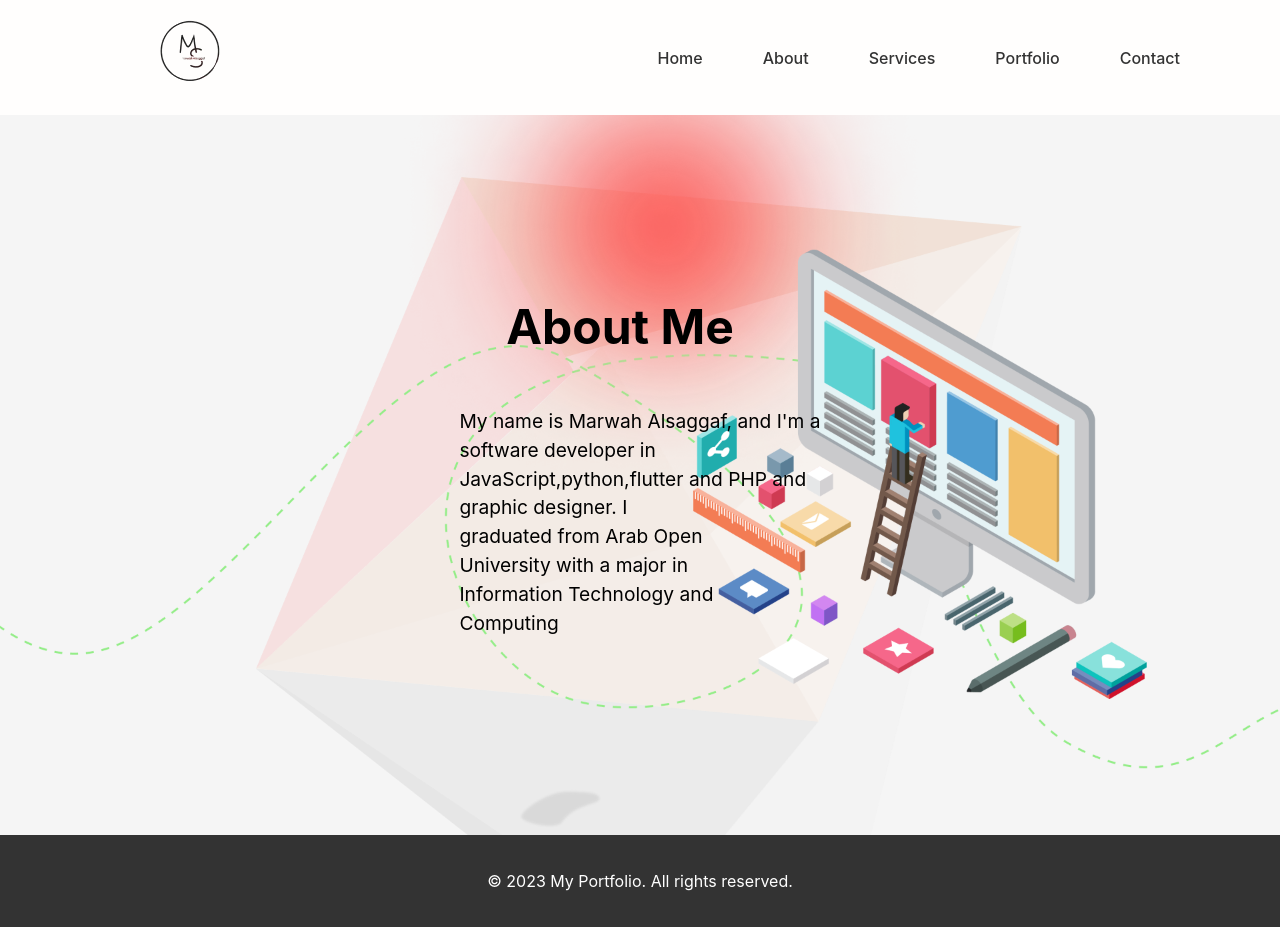
Repository: MEROO1010/Portfolio_00
Page: /about (app in portfolio_00/)
These files come from the project's save history. The page is drawn as it stood at one moment and after the next save; the edit follows.
The browser window is 1280 px wide. The pictures show the whole page.
The project was rebuilt for these pictures with package versions that can differ from the ones it lists, and the page was loaded fresh each time. Also part of the build but not shown: portfolio_00/src/components/Home.jsx, portfolio_00/src/components/Services.jsx, portfolio_00/src/components/Portfolio.jsx, portfolio_00/src/components/Contact.jsx.

Above is the page before, as saved 2024-11-18 13:02:29.

### portfolio_00/src/App.jsx
import React from 'react';
import { BrowserRouter, Route, Routes } from 'react-router-dom';
import Header from './components/Header';
import Home from './components/Home';
import About from './components/About';
import Services from './components/Services';
import Portfolio from './components/Portfolio';
import Contact from './components/Contact';
import Footer from './components/Footer';
// import GlobalStyle from './styles/global';

const App = () => {
  return (
    <BrowserRouter>
    <Header />
    <Routes>
      <Route path="/"  element={<Home />} />
      <Route path="/about"  element={<About />} />
      <Route path="/services" element={<Services  />} />

      <Route path="/portfolio" element={<Portfolio />} />
      <Route path="/contact" element={<Contact />} />
    </Routes>

    <Footer />
  </BrowserRouter>
  );
};

export default App;

### portfolio_00/src/features/counter/counterSlice.js
import { createAsyncThunk, createSlice } from '@reduxjs/toolkit';
import { fetchCount } from './counterAPI';

const initialState = {
  value: 0,
  status: 'idle',
};

// The function below is called a thunk and allows us to perform async logic. It
// can be dispatched like a regular action: `dispatch(incrementAsync(10))`. This
// will call the thunk with the `dispatch` function as the first argument. Async
// code can then be executed and other actions can be dispatched. Thunks are
// typically used to make async requests.
export const incrementAsync = createAsyncThunk(
  'counter/fetchCount',
  async (amount) => {
    const response = await fetchCount(amount);
    // The value we return becomes the `fulfilled` action payload
    return response.data;
  }
);

export const counterSlice = createSlice({
  name: 'counter',
  initialState,
  // The `reducers` field lets us define reducers and generate associated actions
  reducers: {
    increment: (state) => {
      // Redux Toolkit allows us to write "mutating" logic in reducers. It
      // doesn't actually mutate the state because it uses the Immer library,
      // which detects changes to a "draft state" and produces a brand new
      // immutable state based off those changes
      state.value += 1;
    },
    decrement: (state) => {
      state.value -= 1;
    },
    // Use the PayloadAction type to declare the contents of `action.payload`
    incrementByAmount: (state, action) => {
      state.value += action.payload;
    },
  },
  // The `extraReducers` field lets the slice handle actions defined elsewhere,
  // including actions generated by createAsyncThunk or in other slices.
  extraReducers: (builder) => {
    builder
      .addCase(incrementAsync.pending, (state) => {
        state.status = 'loading';
      })
      .addCase(incrementAsync.fulfilled, (state, action) => {
        state.status = 'idle';
        state.value += action.payload;
      });
  },
});

export const { increment, decrement, incrementByAmount } = counterSlice.actions;

// The function below is called a selector and allows us to select a value from
// the state. Selectors can also be defined inline where they're used instead of
// in the slice file. For example: `useSelector((state: RootState) => state.counter.value)`
export const selectCount = (state) => state.counter.value;

// We can also write thunks by hand, which may contain both sync and async logic.
// Here's an example of conditionally dispatching actions based on current state.
export const incrementIfOdd = (amount) => (dispatch, getState) => {
  const currentValue = selectCount(getState());
  if (currentValue % 2 === 1) {
    dispatch(incrementByAmount(amount));
  }
};

export default counterSlice.reducer;

### portfolio_00/src/components/Header.jsx
import React from 'react';
import styled from 'styled-components';
import { Link } from 'react-router-dom';
import ImageLogo from '../assets/white_logo.png';

const HeaderContainer = styled.header`
  background-color: #FFFEFD;
  padding: 10px 100px;
  display: flex;
  justify-content: space-between;
  align-items: center;
`;

const Logo = styled.h1`
  margin:4px;
  padding-left:40px;
`;

const NavLinks = styled .nav`
  display: flex;
  gap: 60px;
`;

const NavLink = styled(Link)`
  text-decoration: none;
  color: #333;
  font-weight: 500;

  &:hover {
    color: #3BB873;
  }
`;

const Header = () => {
  return (
    <HeaderContainer>
      <Logo><img src={ImageLogo} alt="Description of image" /></Logo>
      <NavLinks>
        <NavLink to="/">Home</NavLink>
        <NavLink to="/about">About</NavLink>
        <NavLink to="/services">Services</NavLink>
        <NavLink to="/portfolio">Portfolio</NavLink>
        <NavLink to="/contact">Contact</NavLink>
      </NavLinks>
    </HeaderContainer>
  );
};

export default Header;

### portfolio_00/src/components/About.jsx
import React from 'react';
import styled from 'styled-components';
import bg2 from "../assets/background2.png"

const Container = styled.div`
  display: flex;
  flex-direction: column;
  align-items: center;
  justify-content: center;
  height: 100vh;
  background-color: #f5f5f5;
  background-image: url(${bg2});
  background-position: center;
  background-size:cover;
`;

const Title = styled.h1`
  font-size: 3rem;
  font-weight: bold;
  margin-bottom: 2rem;
  padding-right:40px;
`;

const Description = styled.p`
  font-size: 1.2rem;
  line-height: 1.5;
  margin-bottom: 3rem;
`;

const ImageContainer = styled.div`
  img{
    display: flex;
  justify-content: center;
  align-items: center;
  width: 50%;
  margin: 0 auto;

  z-index: 1;
  }
`;







const About = () => {
  return (
    <Container>
      <Title>About Me</Title>
      <Description>
           My name is Marwah Alsaggaf, and I'm a <br/>software developer in<br/> JavaScript,python,flutter and PHP
           and<br/> graphic designer. I  <br/>
            graduated from Arab Open<br/>  University with a major in<br/>
             Information Technology and<br/> Computing
               </Description>
      <ImageContainer>


      </ImageContainer>
    </Container>
  );
};

export default About;

### portfolio_00/src/components/Footer.jsx
import React from 'react';
import styled from 'styled-components';

const FooterContainer = styled.footer`
  padding: 20px;
  background-color: #333;
  color: white;
  text-align: center;
`;

const Footer = () => {
  return (
    <FooterContainer>
      <p>&copy; 2023 My Portfolio. All rights reserved.</p>
    </FooterContainer>
  );
};

export default Footer;

Loaded but not shown: portfolio_00/public/index.html (common file); portfolio_00/src/index.js (common file); portfolio_00/src/app/store.js (common file); portfolio_00/src/reportWebVitals.js (common file); portfolio_00/src/index.css (common file); portfolio_00/src/features/counter/counterAPI.js (common file)

After the next save:
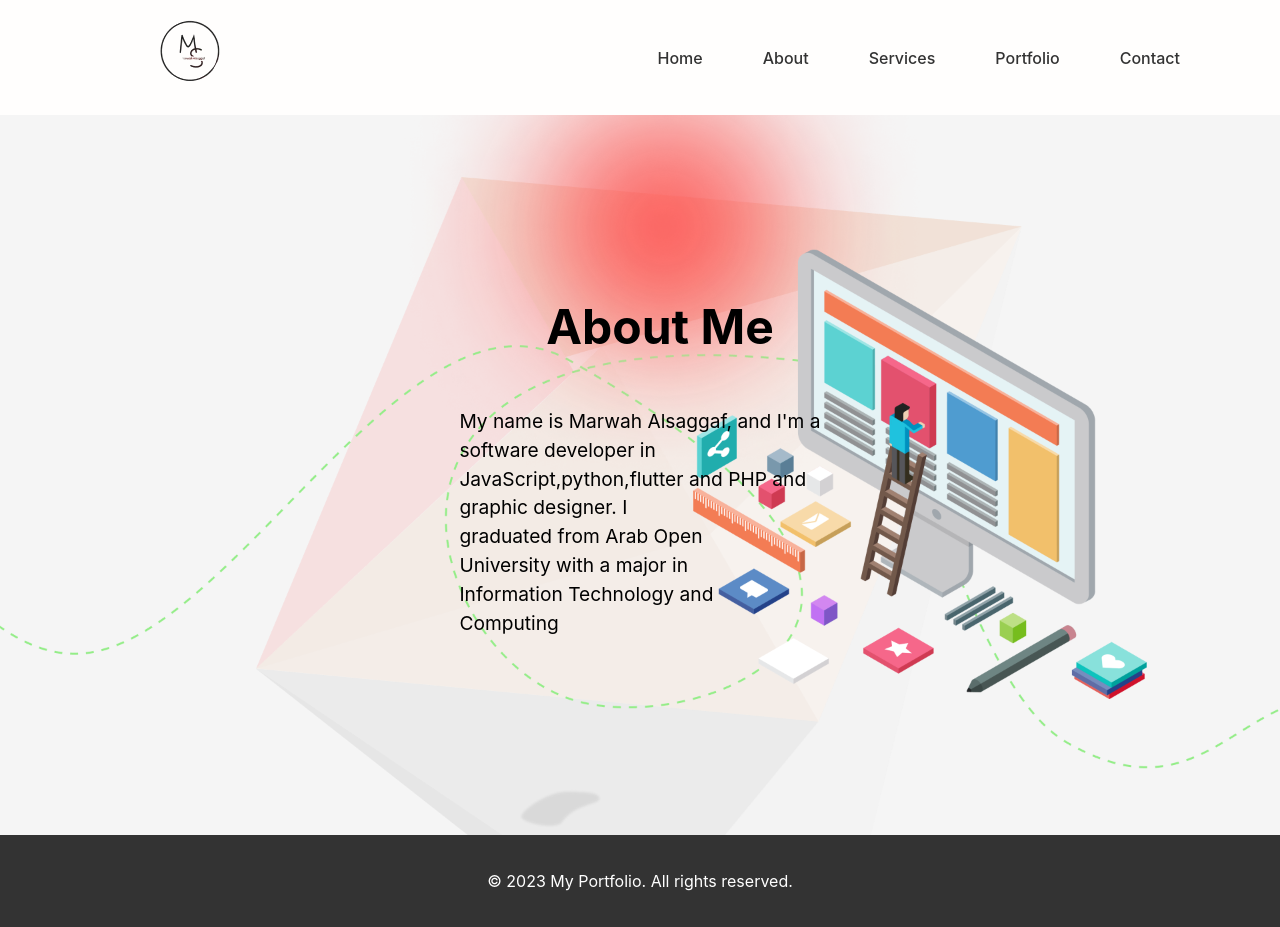
Saved 15 s later.
--- a/portfolio_00/src/components/About.jsx
+++ b/portfolio_00/src/components/About.jsx
@@ -18,7 +18,7 @@ const Title = styled.h1`
   font-size: 3rem;
   font-weight: bold;
   margin-bottom: 2rem;
-  padding-right:40px;
+  padding-left:40px;
 `;
 
 const Description = styled.p`
